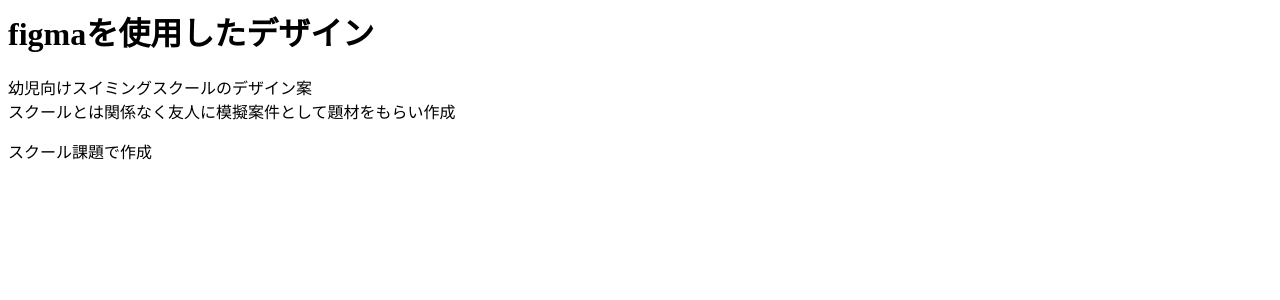
Repository: oninopantsu/onomann
Page: figma.html
An editor plug-in stored every save of this project. The page is shown before and after a run of saves, followed by the edit.
The browser window is 1280 px wide. The pictures show the whole page.

Above is the page before, as saved 2021-08-17 12:09:41.

### figma.html
<h1>figmaを使用したデザイン</h1>

<a href="https://www.figma.com/file/XY01fwkQDAkL8OazeEc67t/Untitled?node-id=0%3A1"></a>
<p>幼児向けスイミングスクールのデザイン案
  <br>スクールとは関係なく友人に模擬案件として題材をもらい作成
</p>

<a href="https://www.figma.com/file/KXfvIzwfq0REqEZ7dxTu8g/cafe-mona-p?node-id=0%3A1"></a>
<p>スクール課題で作成
  <br>
</p>

After the next 5 saves:
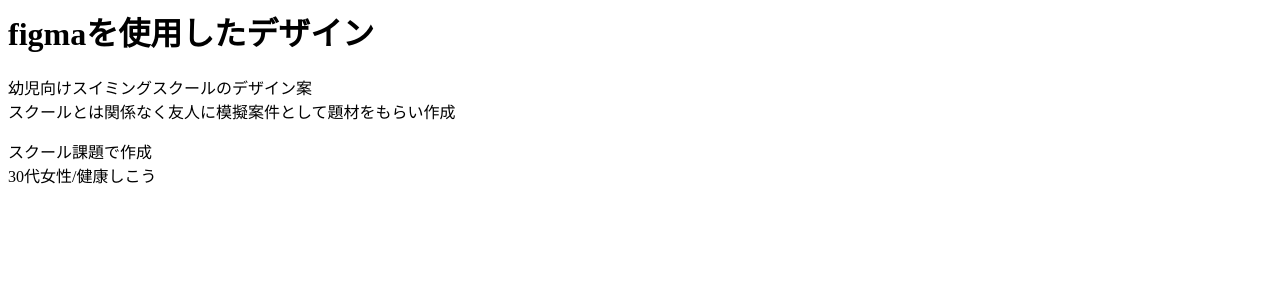
The 5 saves are shown as one change because they came seconds apart.
The last was saved 14 s later.
--- a/figma.html
+++ b/figma.html
@@ -7,5 +7,5 @@
 
 <a href="https://www.figma.com/file/KXfvIzwfq0REqEZ7dxTu8g/cafe-mona-p?node-id=0%3A1"></a>
 <p>スクール課題で作成
-  <br>
+  <br>30代女性/健康しこう
 </p>
